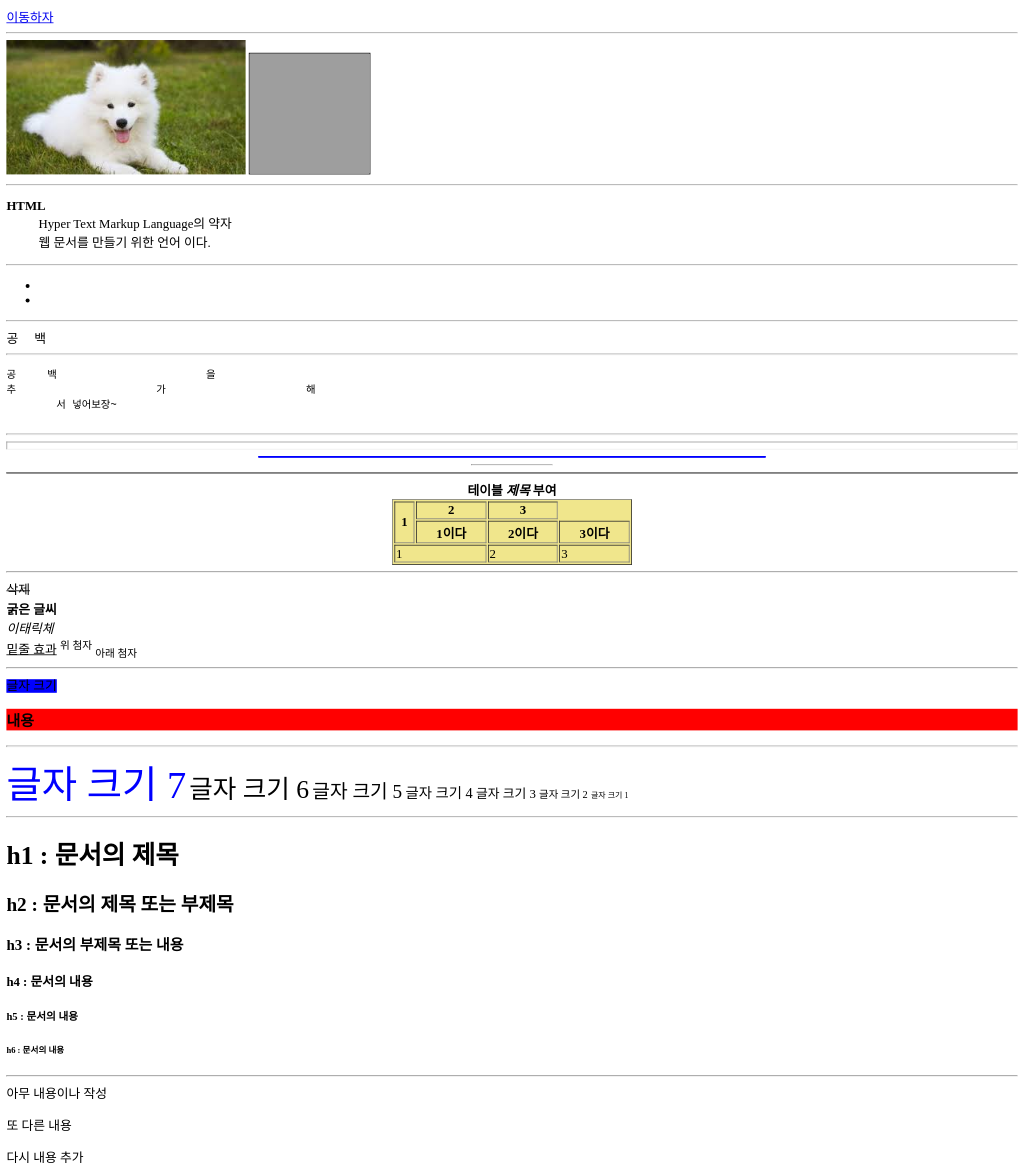
Repository: basstpgns/20201029html
Page: jsp/html/test01.html
An editor plug-in stored every save of this project. The page is shown before and after the next save, followed by the edit.
The browser window is 1280 px wide. The pictures show the whole page, at 80% of full size.
Pictures or frames that could not be fetched are drawn as grey boxes.

Above is the page before, as saved 2020-10-29 07:09:35.

After the next save:
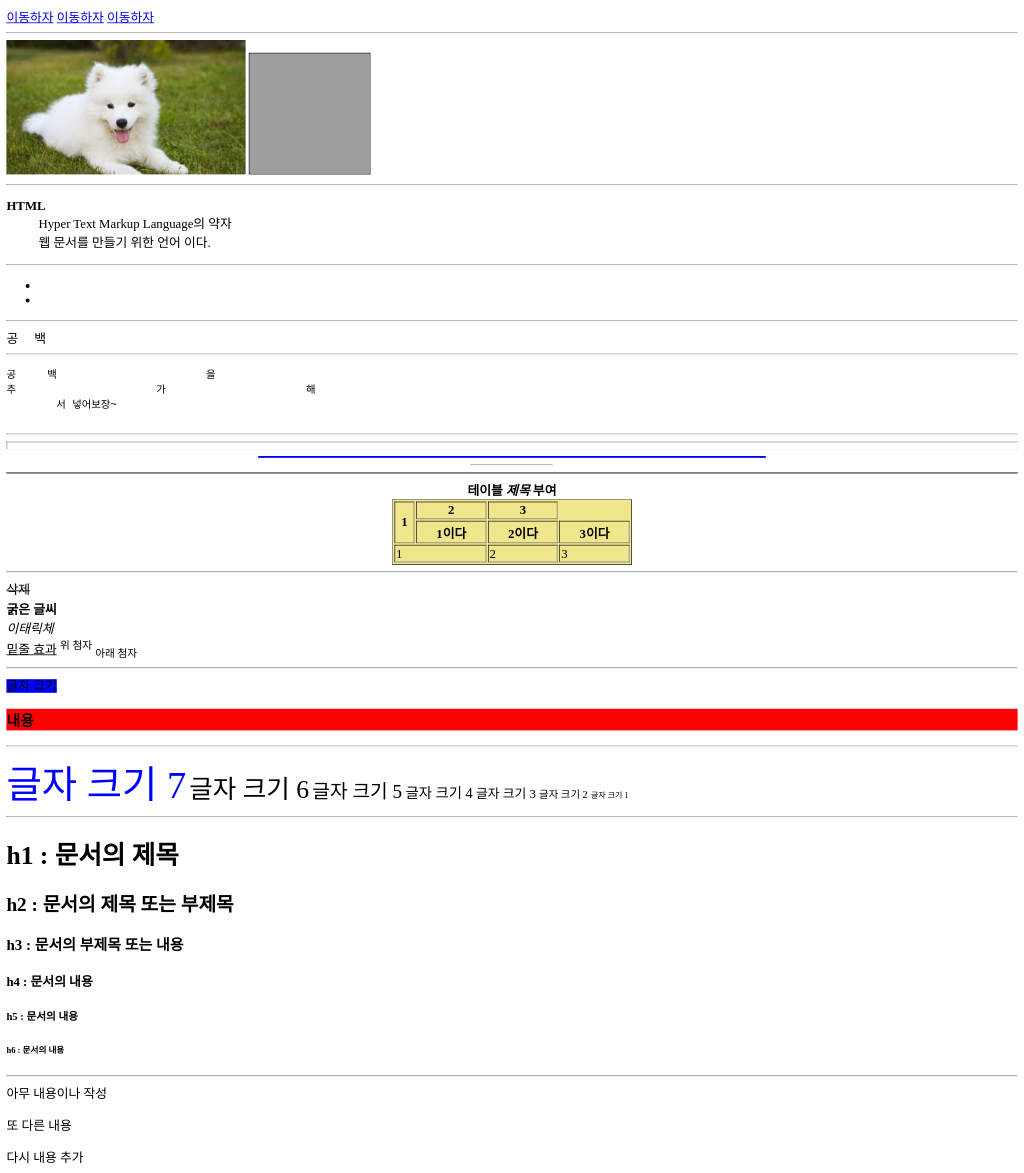
Saved 111 s later.
--- a/jsp/html/test01.html
+++ b/jsp/html/test01.html
@@ -6,6 +6,8 @@
 <title>Insert title here</title>
 </head>
 <body>
+	<a href ="https://www.naver.com/">이동하자</a>
+	<a href ="https://www.naver.com/" target="_blank">이동하자</a>
 	<a href ="https://www.naver.com/">이동하자</a>
 	<hr>
 	<img
